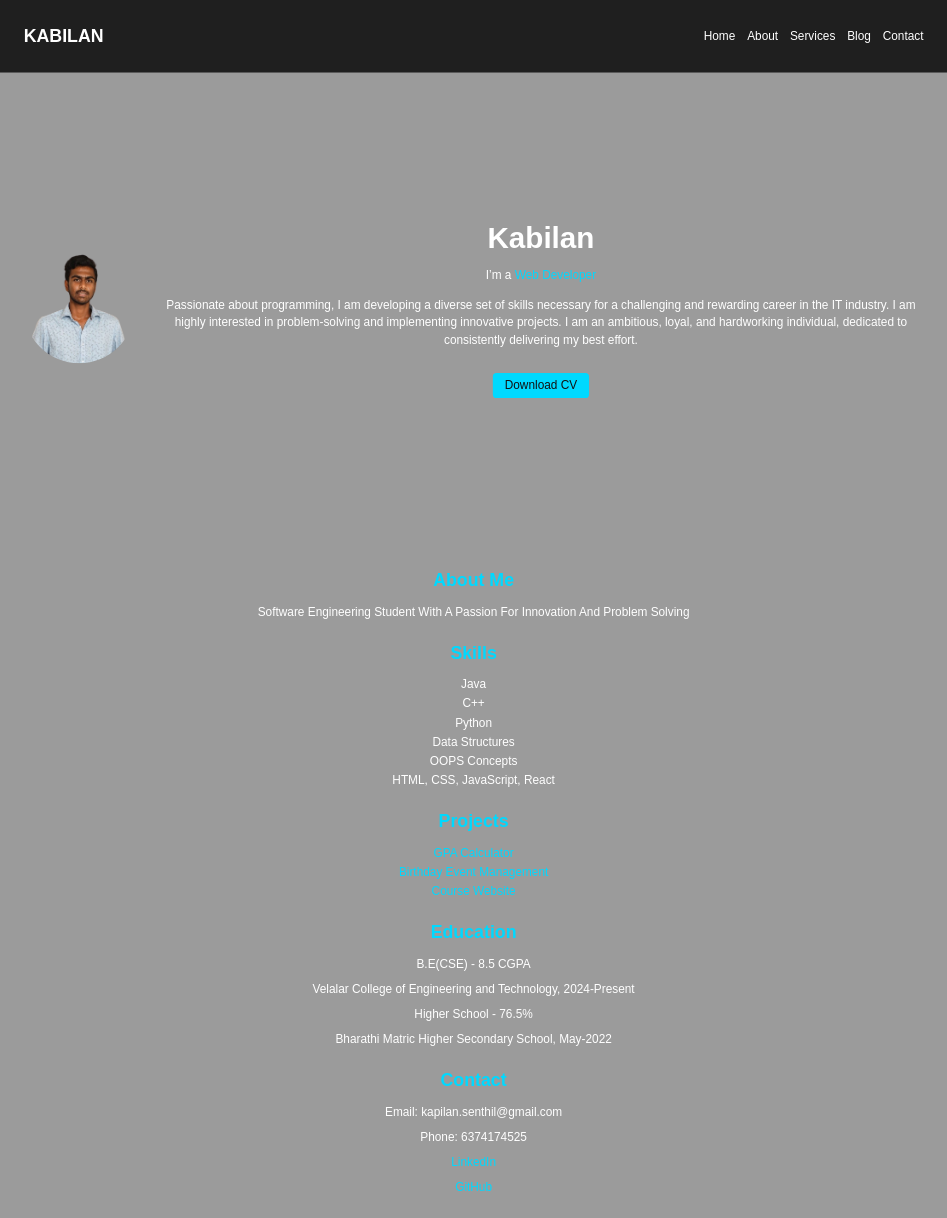
Repository: KabilanCoding/Kabilan_Portfolio
Page: /
An editor plug-in stored every save of this project. The page is shown before and after the next save, followed by the edit.
The browser window is 1280 px wide. The pictures show the whole page, at 74% of full size.
The project was rebuilt for these pictures with package versions that can differ from the ones it lists, and the page was loaded fresh each time.

Above is the page before, as saved 2024-07-23 20:10:51.

After the next save:
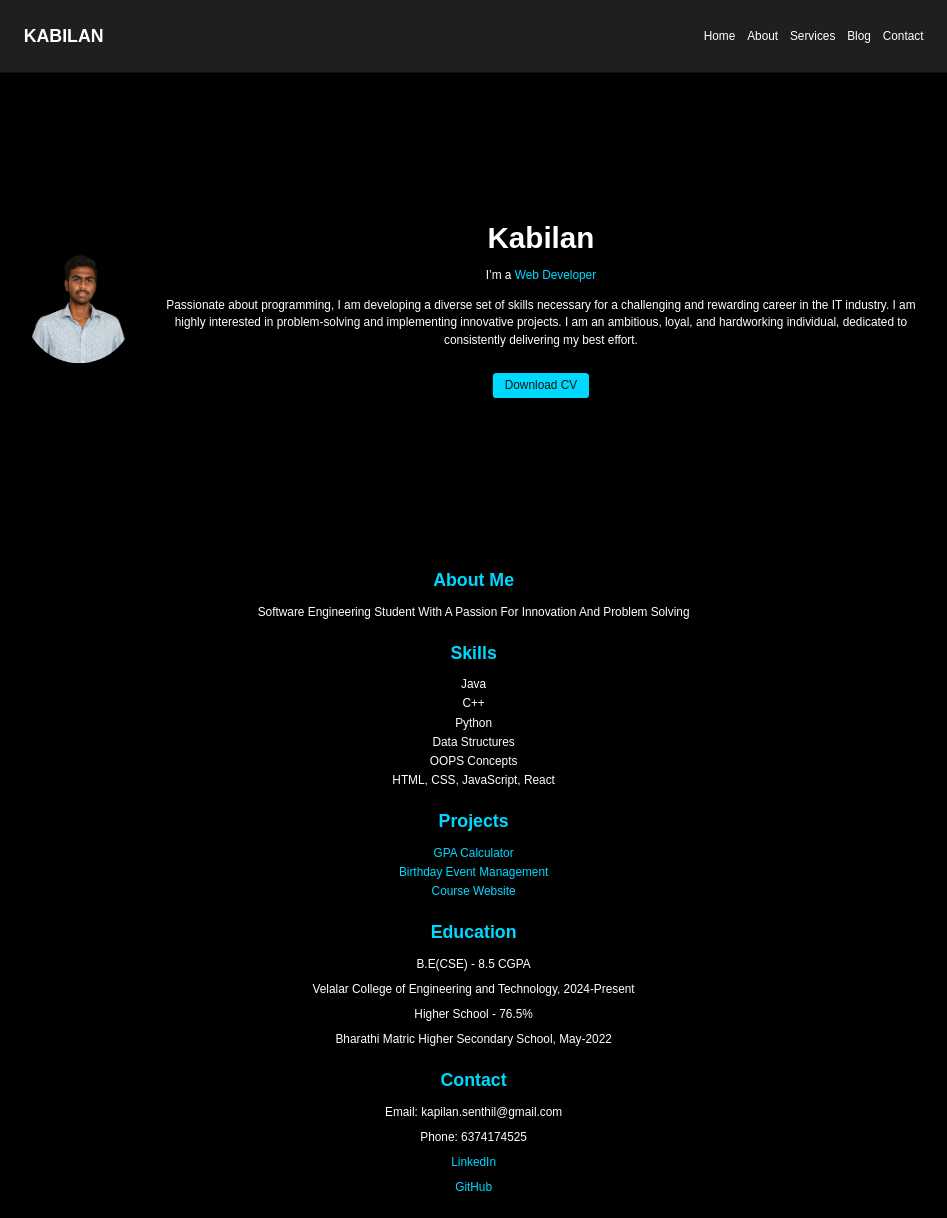
Saved 10 s later.
--- a/src/components/Home.css
+++ b/src/components/Home.css
@@ -1,7 +1,7 @@
 body {
     margin: 0;
     font-family: Arial, sans-serif;
-    background-color: #9b9b9b;
+    background-color: #000000;
     color: #ffffff;
 }
 
